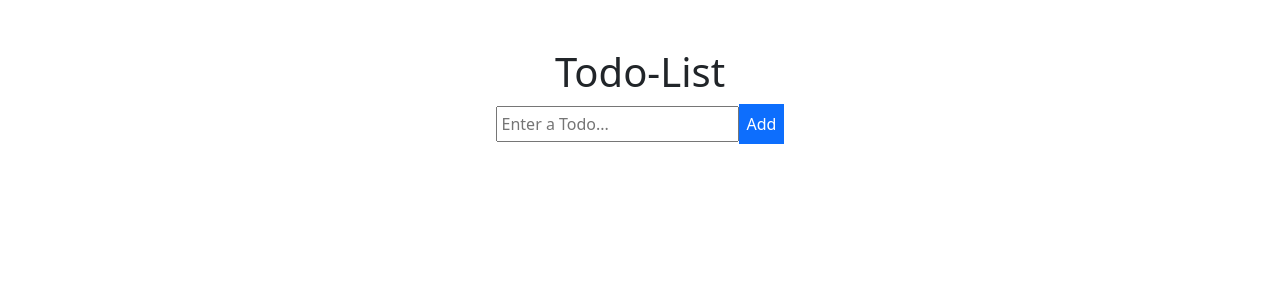
Repository: kieuduc123/Todo-List
Page: /
The author's editor kept a copy of each file at every save. The page is drawn from the files as they stood at one save, then again after a run of saves.
The browser window is 1280 px wide. The pictures show the whole page.
The project was rebuilt for these pictures with package versions that can differ from the ones it lists, and the page was loaded fresh each time.

Above is the page before, as saved 2024-02-14 20:13:33.

### public/index.html
<!DOCTYPE html>
<html lang="en">

<head>
  <meta charset="utf-8" />
  <link rel="icon" href="%PUBLIC_URL%/favicon.ico" />
  <meta name="viewport" content="width=device-width, initial-scale=1" />
  <meta name="theme-color" content="#000000" />
  <meta name="description" content="Web site created using create-react-app" />
  <link rel="apple-touch-icon" href="%PUBLIC_URL%/logo192.png" />
  <link href="https://cdn.jsdelivr.net/npm/bootstrap@5.3.2/dist/css/bootstrap.min.css" rel="stylesheet"
    integrity="sha384-T3c6CoIi6uLrA9TneNEoa7RxnatzjcDSCmG1MXxSR1GAsXEV/Dwwykc2MPK8M2HN" crossorigin="anonymous">
</head>
<link rel="stylesheet" href="https://cdnjs.cloudflare.com/ajax/libs/font-awesome/6.5.1/css/all.min.css"
  integrity="sha512-DTOQO9RWCH3ppGqcWaEA1BIZOC6xxalwEsw9c2QQeAIftl+Vegovlnee1c9QX4TctnWMn13TZye+giMm8e2LwA=="
  crossorigin="anonymous" referrerpolicy="no-referrer" />
<!--
      manifest.json provides metadata used when your web app is installed on a
      user's mobile device or desktop. See https://developers.google.com/web/fundamentals/web-app-manifest/
    -->
<link rel="manifest" href="%PUBLIC_URL%/manifest.json" />

<title>TODO-LIST</title>
</head>

<body>
  <noscript>You need to enable JavaScript to run this app.</noscript>
  <div id="root"></div>
  <!--
      This HTML file is a template.
      If you open it directly in the browser, you will see an empty page.

      You can add webfonts, meta tags, or analytics to this file.
      The build step will place the bundled scripts into the <body> tag.

      To begin the development, run `npm start` or `yarn start`.
      To create a production bundle, use `npm run build` or `yarn build`.
    -->
  <script src="https://cdn.jsdelivr.net/npm/bootstrap@5.3.2/dist/js/bootstrap.bundle.min.js"
    integrity="sha384-C6RzsynM9kWDrMNeT87bh95OGNyZPhcTNXj1NW7RuBCsyN/o0jlpcV8Qyq46cDfL"
    crossorigin="anonymous"></script>
</body>

</html>

### src/index.js
import React from "react";
import ReactDOM from "react-dom/client";

import App from "./App";

const root = ReactDOM.createRoot(document.getElementById("root"));
root.render(
    <React.StrictMode>
        <App />
    </React.StrictMode>
);

// If you want to start measuring performance in your app, pass a function
// to log results (for example: reportWebVitals(console.log))
// or send to an analytics endpoint. Learn more: https://bit.ly/CRA-vitals

### src/App.js
import React, { useEffect, useState } from "react";
import Header from "./components/Header";
import Form from "./components/Form";
import TodosList from "./components/TodosList";
import "./App.css";
const App = () => {
    const initialState = JSON.parse(localStorage.getItem("todo")) || [];
    const [input, setInput] = useState("");
    const [todos, setTodos] = useState(initialState);
    const [editTodo, setEditTodo] = useState(null);

    useEffect(() => {
        localStorage.setItem("todo", JSON.stringify(todos));
    }, [todos]);
    return (
        <div className="container">
            <div className="app-wrapper ">
                <div className="text-center mt-5">
                    <Header />
                </div>
                <div>
                    <Form
                        input={input}
                        setInput={setInput}
                        todos={todos}
                        setTodos={setTodos}
                        editTodo={editTodo}
                        setEditTodo={setEditTodo}
                    />
                </div>
                <div>
                    <TodosList
                        todos={todos}
                        setTodos={setTodos}
                        setEditTodo={setEditTodo}
                    />
                </div>
            </div>
        </div>
    );
};

export default App;

### src/components/Header.js
import React from "react";

const Header = () => {
    return (
        <div className="header">
            <h1 className="">Todo-List </h1>
        </div>
    );
};

export default Header;

### src/components/Form.js
import React, { useEffect } from "react";
import { v4 as uuidv4 } from "uuid";

const Form = ({ input, setInput, todos, setTodos, editTodo, setEditTodo }) => {
    const updateTodo = (title, id, completed) => {
        const newTodo = todos.map((todo) =>
            todo.id === id ? { title, id, completed } : todo
        );
        setTodos(newTodo);
        setEditTodo("");
    };

    useEffect(() => {
        if (editTodo) {
            setInput(editTodo.title);
        } else {
            setInput("");
        }
    }, [setInput, editTodo]);

    const onInputChang = (e) => {
        setInput(e.target.value);
    };

    const onFormSubmit = (e) => {
        e.preventDefault();
        if (!editTodo) {
            setTodos([
                ...todos,
                { id: uuidv4(), title: input, completed: false },
            ]);
            setInput("");
        } else {
            updateTodo(input, editTodo.id, editTodo.completed);
        }
    };
    return (
        <form
            onSubmit={onFormSubmit}
            className="d-flex justify-content-center align-items-center "
        >
            <input
                placeholder="Enter a Todo..."
                className="mr-2 p-1"
                type="text"
                value={input}
                required
                onChange={onInputChang}
            />
            <button
                type="submit"
                className=" bg-primary text-white border-0 p-2"
            >
                {editTodo ? "OK" : " Add"}
            </button>
        </form>
    );
};

export default Form;

### src/components/TodosList.js
import React from "react";

const TodosList = ({ todos, setTodos, setEditTodo }) => {
    const handleDelete = ({ id }) => {
        setTodos(todos.filter((todo) => todo.id !== id));
    };
    const handleComplete = (todo) => {
        setTodos(
            todo.map((item) => {
                if (item.id === todo.id) {
                    return { ...item, completed: !item.completed };
                }
                return item;
            })
        );
    };
    const handleEdit = ({ id }) => {
        const findTodo = todos.find((todo) => todo.id === id);
        setEditTodo(findTodo);
    };
    return (
        <div className="mt-3 ">
            {todos.map((todo) => (
                <li
                    className="todo-list d-flex justify-content-center align-items-center"
                    key={todo.id}
                >
                    <input
                        className={`list ${todo.completed ? "complete" : ""}`}
                        type="text"
                        value={todo.title}
                        onChange={(e) => e.preventDefault()}
                    />
                    <div>
                        <button
                            className="button-complete"
                            onClick={() => handleComplete(todo)}
                        >
                            <i className="fa fa-check-circle"></i>
                        </button>
                        <button
                            className="button-edit"
                            onClick={() => handleEdit(todo)}
                        >
                            <i className="fa fa-edit"></i>
                        </button>
                        <button
                            className="button-delete"
                            onClick={() => handleDelete(todo)}
                        >
                            <i className="fa fa-trash"></i>
                        </button>
                    </div>
                </li>
            ))}
        </div>
    );
};
export default TodosList;

### src/App.css
*{
  margin: 0;
  padding: 0;
}
a ,li{
  list-style: none;
}
.App {
  text-align: center;
}

.App-logo {
  height: 40vmin;
  pointer-events: none;
}

@media (prefers-reduced-motion: no-preference) {
  .App-logo {
    animation: App-logo-spin infinite 20s linear;
  }
}

.App-header {
  background-color: #282c34;
  min-height: 100vh;
  display: flex;
  flex-direction: column;
  align-items: center;
  justify-content: center;
  font-size: calc(10px + 2vmin);
  color: white;
}

.App-link {
  color: #61dafb;
}

@keyframes App-logo-spin {
  from {
    transform: rotate(0deg);
  }
  to {
    transform: rotate(360deg);
  }
}

After the next 2 saves:
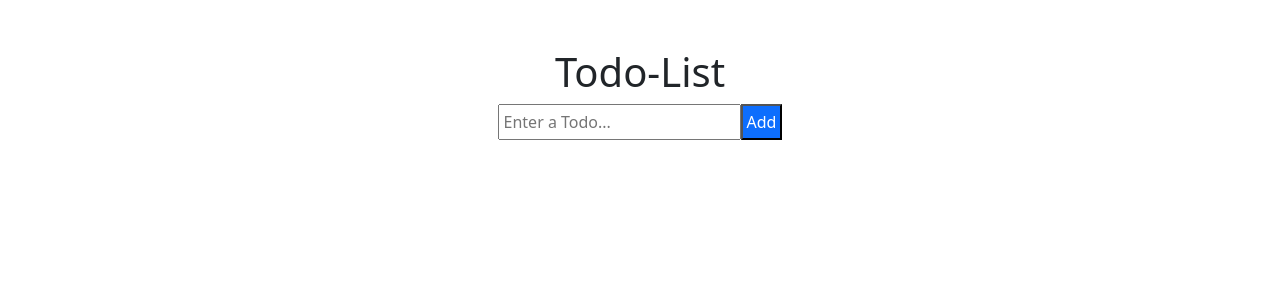
The 2 saves are shown as one change because they came seconds apart.
The last was saved 9 s later.
--- a/src/components/Form.js
+++ b/src/components/Form.js
@@ -47,10 +47,7 @@ const Form = ({ input, setInput, todos, setTodos, editTodo, setEditTodo }) => {
                 required
                 onChange={onInputChang}
             />
-            <button
-                type="submit"
-                className=" bg-primary text-white border-0 p-2"
-            >
+            <button type="submit" className=" bg-primary text-white  p-1">
                 {editTodo ? "OK" : " Add"}
             </button>
         </form>
